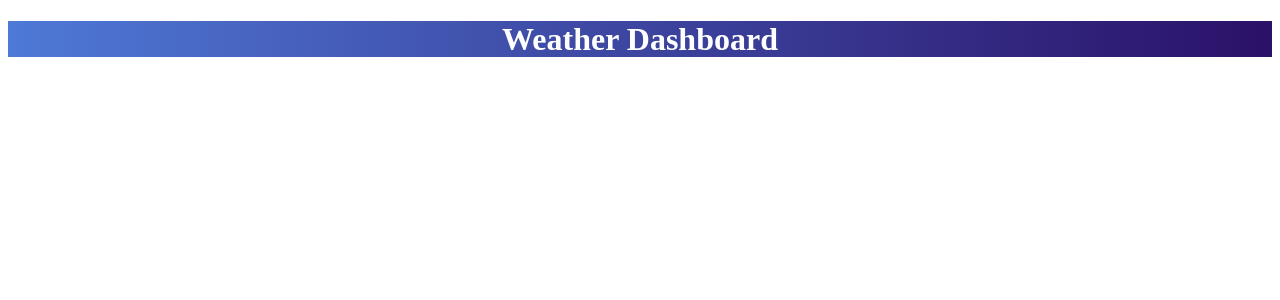
Repository: brenhamp/weather-dashboard
Page: index.html
These files come from the project's save history. The page is drawn as it stood at one moment and after the next save; the edit follows.
The browser window is 1280 px wide. The pictures show the whole page.

Above is the page before, as saved 2021-12-09 18:51:05.

After the next save:
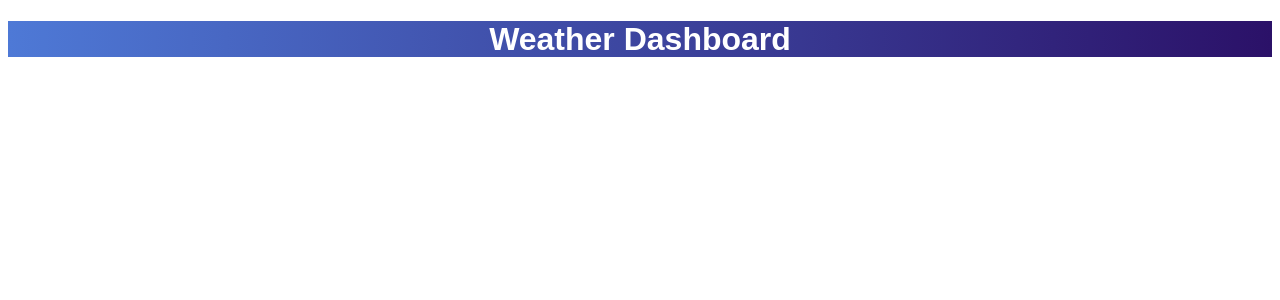
Saved 32 s later.
--- a/assets/css/style.css
+++ b/assets/css/style.css
@@ -1,3 +1,7 @@
+* {
+    font-family: Arial, Helvetica, sans-serif;
+}
+
 .hero {
     background-image: linear-gradient(to right, rgb(78, 121, 214), rgb(43, 17, 104));
     height: 5vh;
